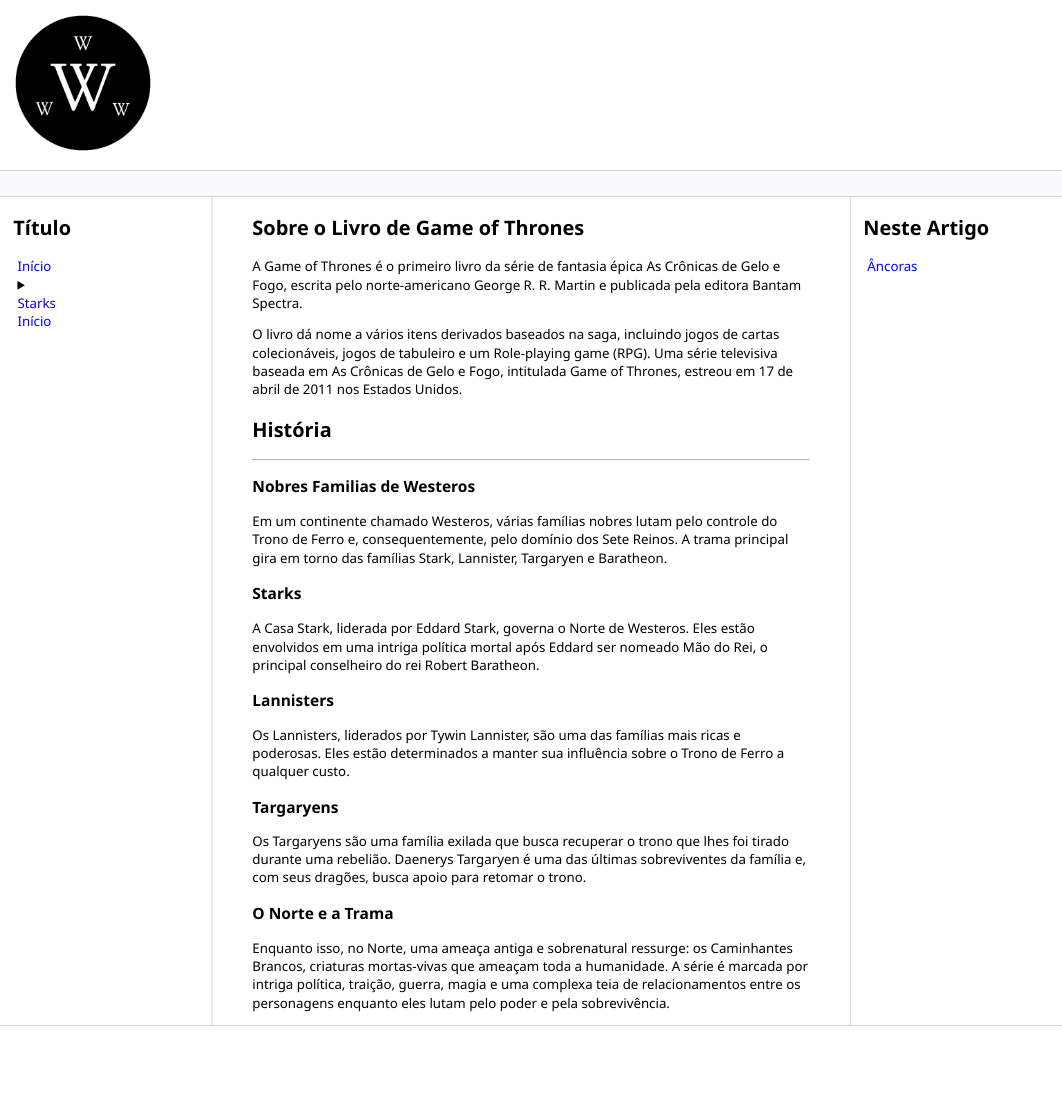
Repository: gustavotwist/projeto-w-wikipedia
Page: index.html
An editor plug-in stored every save of this project. The page is shown before and after the next save, followed by the edit.
The browser window is 1280 px wide. The pictures show the whole page, at 83% of full size.

Above is the page before, as saved 2024-05-01 11:36:46.

### index.html
<!DOCTYPE html>
<html lang="pt-br">
<head>
    <meta charset="UTF-8">
    <meta http-equiv="X-UA-Compatible" content="IE=edge">
    <meta name="viewport" content="width=device-width, initial-scale=1.0">
    <title>Página Principal</title>
    <link rel="stylesheet" href="css/style.css">
</head>
<body>

    <header>
        <img src="imagens/logo.png" width="200"/>
    </header>

    <aside class="bar"></aside>


    <section class="content">
        <nav class="sidebar">
            <h2>Título</h2>
            <ul>
                <li><a href="#">Início</a></li>
                <details><summary></summary> <li><a href="#">História</a><li></li></details>
                    <a href="#">Starks</a></li></li>
                <li><a href="#">Início</a></li>
            </ul>
        </nav>

        <main>
            <h1>Sobre o Livro de Game of Thrones</h1>
            <p>A Game of Thrones é o primeiro livro da série de fantasia épica As Crônicas de Gelo e Fogo, escrita pelo norte-americano George R. R. Martin e publicada pela editora Bantam Spectra.</p>
            <p>O livro dá nome a vários itens derivados baseados na saga, incluindo jogos de cartas colecionáveis, jogos de tabuleiro e um Role-playing game (RPG). Uma série televisiva baseada em As Crônicas de Gelo e Fogo, intitulada Game of Thrones, estreou em 17 de abril de 2011 nos Estados Unidos.</p>

            <h2>História</h2><hr>
            <h3>Nobres Familias de Westeros</h3>
            <p>
                Em um continente chamado Westeros, várias famílias nobres lutam pelo controle do Trono de Ferro e, consequentemente, pelo domínio dos Sete Reinos. A trama principal gira em torno das famílias Stark, Lannister, Targaryen e Baratheon.

                <h3>Starks</h3>
                A Casa Stark, liderada por Eddard Stark, governa o Norte de Westeros. Eles estão envolvidos em uma intriga política mortal após Eddard ser nomeado Mão do Rei, o principal conselheiro do rei Robert Baratheon.

                <h3>Lannisters</h3>
                Os Lannisters, liderados por Tywin Lannister, são uma das famílias mais ricas e poderosas. Eles estão determinados a manter sua influência sobre o Trono de Ferro a qualquer custo.

                <h3>Targaryens</h3>
                Os Targaryens são uma família exilada que busca recuperar o trono que lhes foi tirado durante uma rebelião. Daenerys Targaryen é uma das últimas sobreviventes da família e, com seus dragões, busca apoio para retomar o trono.

                <h3>O Norte e a Trama</h3>
                Enquanto isso, no Norte, uma ameaça antiga e sobrenatural ressurge: os Caminhantes Brancos, criaturas mortas-vivas que ameaçam toda a humanidade.

                A série é marcada por intriga política, traição, guerra, magia e uma complexa teia de relacionamentos entre os personagens enquanto eles lutam pelo poder e pela sobrevivência.</p>

        </main>

        <article class="anchors">
            <h2>Neste Artigo</h2>
            <ul>
                <li><a href="#">Âncoras</a></li>
            </ul>
        </article>
    </section>

    <footer class="footer">

    </footer>
</body>
</html>

### css/style.css
body, html {
    margin: 0;
    padding: 0;
    font-family: 'Segoe UI', Tahoma, Geneva, Verdana, sans-serif;
}
ul { list-style: none; padding-left: 5px; }
a { color:blue; text-decoration: none;}
.bar {
    background-color: #f9f9fb;
    padding:15px;
    border-top: solid 1px #cdcdcd;
    border-bottom: solid 1px #cdcdcd;
}
.content {
    max-width: 1440px;
    margin: auto;
    grid-gap: 3rem;
    display: grid;
    gap: 3rem;
    grid-template-areas: "sidebar main anchors";
    grid-template-columns: minmax(0,15rem) minmax(0,2.5fr) minmax(0,15rem);
    padding-left: 1rem;
    padding-right: 1rem;
}
.footer {
    min-height: 100px;
    border-top: solid 1px #cdcdcd;
}
.anchors {
    border-left: solid 1px #cdcdcd;
    padding-left: 15px;
}
.sidebar {
    border-right: solid 1px #cdcdcd;
}
figure {
    text-align: center;
}

After the next save:
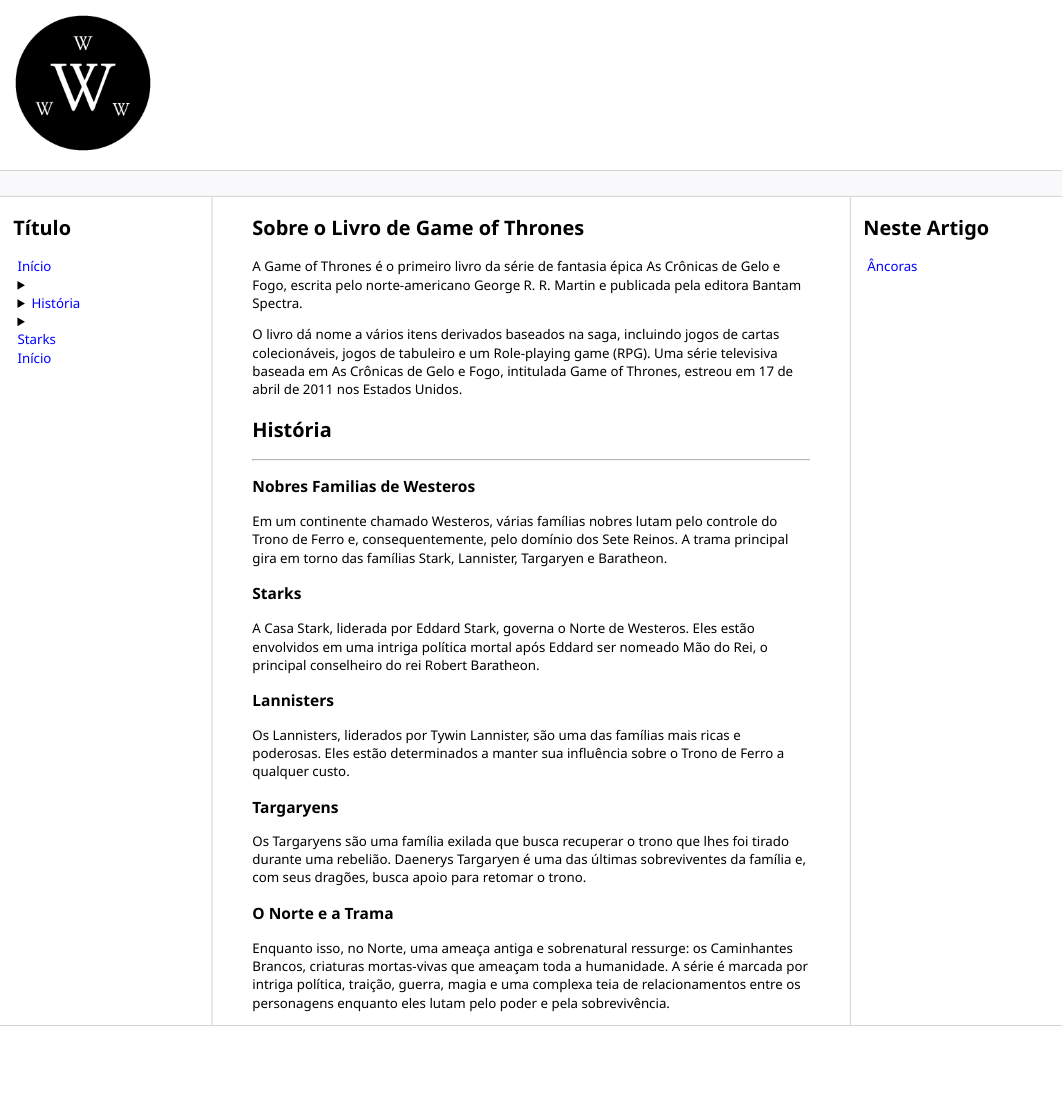
Saved 8 s later.
--- a/index.html
+++ b/index.html
@@ -21,7 +21,7 @@
             <h2>Título</h2>
             <ul>
                 <li><a href="#">Início</a></li>
-                <details><summary></summary> <li><a href="#">História</a><li></li></details>
+                <details><summary><li><a href="#">História</a><li></li></summary> </details>
                     <a href="#">Starks</a></li></li>
                 <li><a href="#">Início</a></li>
             </ul>
